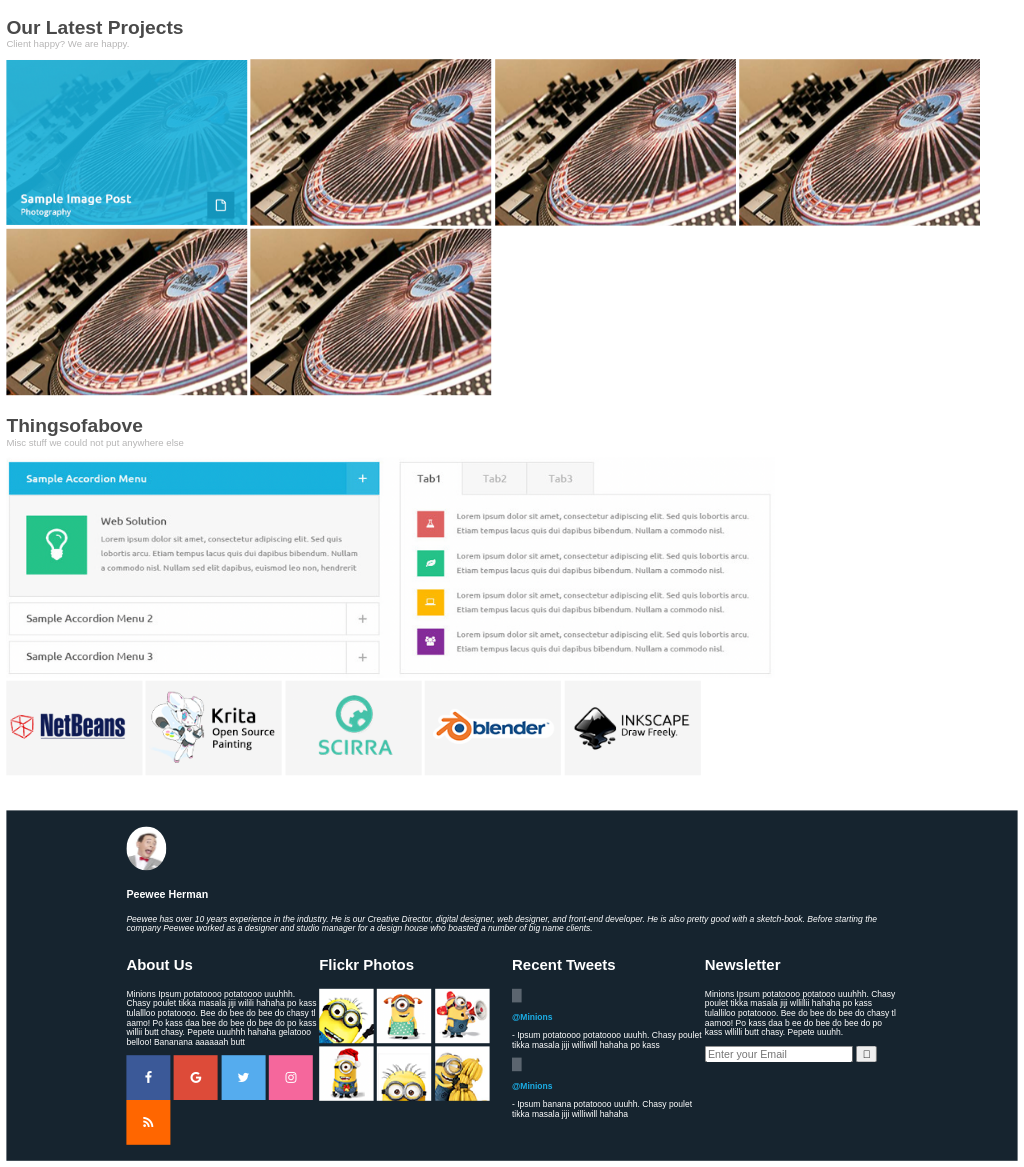
Repository: atran02/project1
Page: index.html
The author's editor kept a copy of each file at every save. The page is drawn from the files as they stood at one save, then again after the next save.
The browser window is 1280 px wide. The pictures show the whole page, at 80% of full size.

Above is the page before, as saved 2022-01-28 14:53:57.

### index.html
<!DOCTYPE html>
<html lang="en">
<head>
  <meta charset="UTF-8">
  <meta http-equiv="X-UA-Compatible" content="IE=edge">
  <meta name="viewport" content="width=device-width, initial-scale=1.0">
  <title>Metrolics</title>
</head>
<link rel="stylesheet" href="/css/metrolics.css">
<body>
  <!-- PART 1: Angelyne -->


  <!-- PART 2: Marian -->

  <!--Our Latest Projects Section-->

<div class="latestprojects">
  <h2>Our Latest Projects</h2>
  <p>Client happy? We are happy.</p>
      <div class="gallery">
        <img src="/img/sampleimagepost1.png" alt="Sample Image Post Photography" width="301" height="208">
        <img src="/img/latestprojectphoto2.png" alt="Sample Image Post Photography" width="301" height="208">
        <img src="/img/latestprojectphoto2.png" alt="Sample Image Post Photography" width="301" height="208">
        <img src="/img/latestprojectphoto2.png" alt="Sample Image Post Photography" width="301" height="208">
        <img src="/img/latestprojectphoto2.png" alt="Sample Image Post Photography" width="301" height="208">
        <img src="/img/latestprojectphoto2.png" alt="Sample Image Post Photography" width="301" height="208">
      </div>
</div>

  <!--Things of Above Section-->

  <div class="Thingsofabove">
  <h2>Thingsofabove</h2>
  <p>Misc stuff we could not put anywhere else</p>
      <div class="menutabgallery">
        <img src="/img/sampleaccordionmenu.png" alt="Sample Accordion Menu" width="960" height="275">
      </div>
      <div class="sponsors">
        <img src="/img/netbeans.png" alt="Net Beans" width="170" height="118">
        <img src="/img/krita.png" alt="Krita Open Source Painting" width="170" height="118">
        <img src="/img/scirra.png" alt="Scirra" width="170" height="118">
        <img src="/img/blender.png" alt="Blender" width="170" height="118">
        <img src="/img/inkscape.png" alt="Inkscape Draw Freely" width="170" height="118">
      </div>
  </div>

  <!-- Footer -->

<div class="footer">
      <div class="peewee">
        <img src="/img/peewee.png" alt="Peewee" width="159px" height="194px" class="avatar">
          <h4>Peewee Herman</h4>
            <p>Peewee has over 10 years experience in the industry. He is our Creative Director, digital designer, web designer, and front-end developer. He is also pretty good with a sketch-book. Before starting the company Peewee worked as a designer and studio manager for a design house who boasted a number of big name clients.</p>
      </div>

      <div class="grid-container">
        <div class="grid-item grid-item-1">
          <div class="aboutus">
            <h3>About Us</h3>
              <p>Minions Ipsum potatoooo potatoooo uuuhhh. Chasy poulet tikka masala jiji wilili hahaha po kass tulallloo potatoooo. Bee do bee do bee do chasy tl aamo! Po kass daa bee do bee do bee do po kass willii butt chasy. Pepete uuuhhh hahaha gelatooo belloo! Bananana aaaaaah butt</p>
                <div class="socialmedia">
                  <link rel="stylesheet" href="https://cdnjs.cloudflare.com/ajax/libs/font-awesome/4.7.0/css/font-awesome.min.css">
                  <a href="#" class="fa fa-facebook"></a>
                  <a href="#" class="fa fa-google"></a>
                  <a href="#" class="fa fa-twitter"></a>
                  <a href="#" class="fa fa-instagram"></a>
                  <a href="#" class="fa fa-rss"></a>
                </div>
          </div>
        </div>

          <div class="flickr">
            <div class="grid-item grid-item-2">
              <h3>Flickr Photos</h3>
                <img src="/img/minion1.png" alt="minion1" width="68px" height="68px">
                <img src="/img/minion2.png" alt="minion2" width="68px" height="68px">
                <img src="/img/minion3.png" alt="minion3" width="68px" height="68px">
                <img src="/img/minion4.png" alt="minion4" width="68px" height="68px">
                <img src="/img/minion5.png" alt="minion5" width="68px" height="68px">
                <img src="/img/minion6.png" alt="minion6" width="68px" height="68px">
            </div>
          </div>

          <div class="recenttweets">
            <div class="grid-item grid-item-3">
              <h3>Recent Tweets</h3>
              <i class="fa-brands fa-twitter"></i>
              <p><a href="https://twitter.com/Minions">@Minions</a></p>
              <p>- Ipsum potatoooo potatoooo uuuhh. Chasy poulet tikka masala jiji williwill hahaha po kass</p>

              <i class="fa-brands fa-twitter"></i>
              <p><a href="https://twitter.com/Minions">@Minions</a></p>
              <p>- Ipsum banana potatoooo uuuhh. Chasy poulet tikka masala jiji williwill hahaha</p>
            </div>
          </div>

          <div class="Newsletter">
            <div class="grid-item grid-item-4">
              <h3>Newsletter</h3>
              <p>Minions Ipsum potatoooo potatooo uuuhhh. Chasy poulet tikka masala jiji wllillii hahaha po kass tulalliloo potatoooo. Bee do bee do bee do chasy tl aamoo! Po kass daa b ee do bee do bee do po kass wllilli butt chasy. Pepete uuuhh.</p>

              <form class="formemail" action="/action_page.php">
              <input type="email" id="email" placeholder="Enter your Email" name="email">
              <button class="btn-send"></button>
              </form>
            </div>
          </div>
      </div>
</div>
</body>
</html>

### css/metrolics.css
/* Lowerpage Draft */

/*Our Latest Projects*/
.latestprojects, .Thingsofabove, .footer {
    font-family: 'Ubuntu', sans-serif;
    margin: 0;
}

h2 {
    margin-bottom: 0;
    color: #494949;
}

.latestprojects p {
    font-size: 12px;
    color: #b6b5b5;
    margin-top: 0;
}
/* Thingsofabove */

.Thingsofabove p {
    font-size: 12px;
    color: #b6b5b5;
    margin-top: 0;
}

/* Footer */
.grid-container {
    display: grid;
    grid-template-columns: 1fr 1fr 1fr 1fr;
}
.footer {
    background-color: #16242f;
    color: white;
    margin-top: 40px;
    padding: 20px 150px 20px 150px;
}

/* Peewee Info */
.peewee img {
    border-radius: 60%;
    width: 50px;
    height: 55px;
}

h4 {
    font-size: 10pt;
}
.peewee p {
    font-size: 8pt;
    font-style: italic;
}

/* About Us */
.aboutus p {
    font-size: 8pt;
}
/* Social Media Icons */
.fa {
    padding: 20px;
    font-size: 30px;
    width: 15px;
    text-align: center;
    text-decoration: none;
    margin: 0;
}
.fa-facebook {
    background: #3B5998;
    color: white;
}
.fa-google {
    background: #dd4b39;
    color: white;
}
.fa-twitter {
    background: #55ACEE;
    color: white;
}
.fa-instagram {
    background: #f5679c;
    color: white;
}
.fa-rss {
    background: #ff6600;
    color: white;
}

/* Recent Tweets */
.recenttweets a {
    color: #1bade5;
    text-decoration: none;
    font-weight: bold;
}

.recenttweets p {
    font-size: 8pt;
}

.fa-brands {
    background:#5b656f;
    color: white;
}

/* Newsletter */
.Newsletter p {
    font-size: 8pt;
}

After the next save:
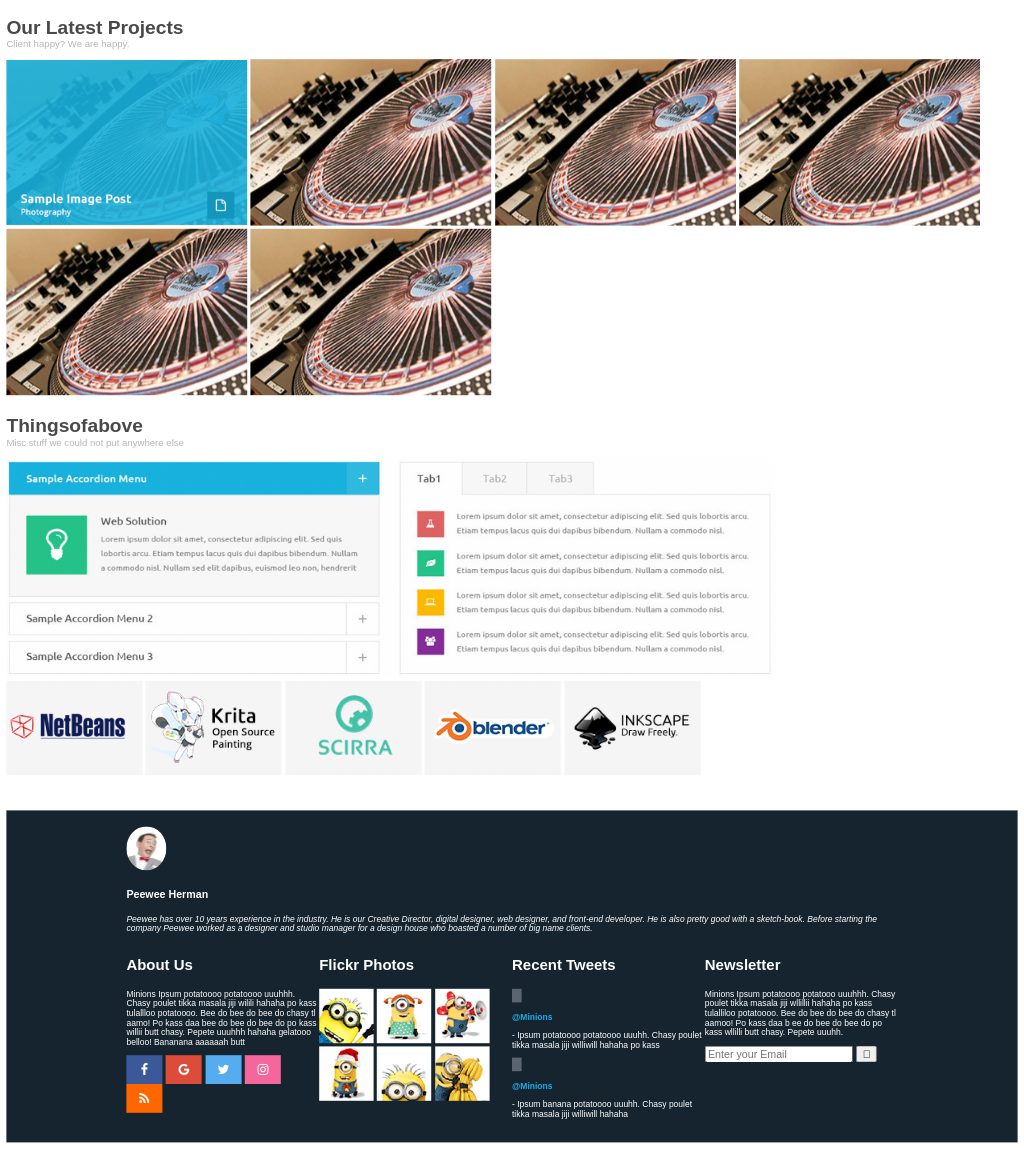
Saved 13 s later.
--- a/css/metrolics.css
+++ b/css/metrolics.css
@@ -57,9 +57,9 @@
 }
 /* Social Media Icons */
 .fa {
-    padding: 20px;
+    padding: 10px;
     font-size: 30px;
-    width: 15px;
+    width: 25px;
     text-align: center;
     text-decoration: none;
     margin: 0;
